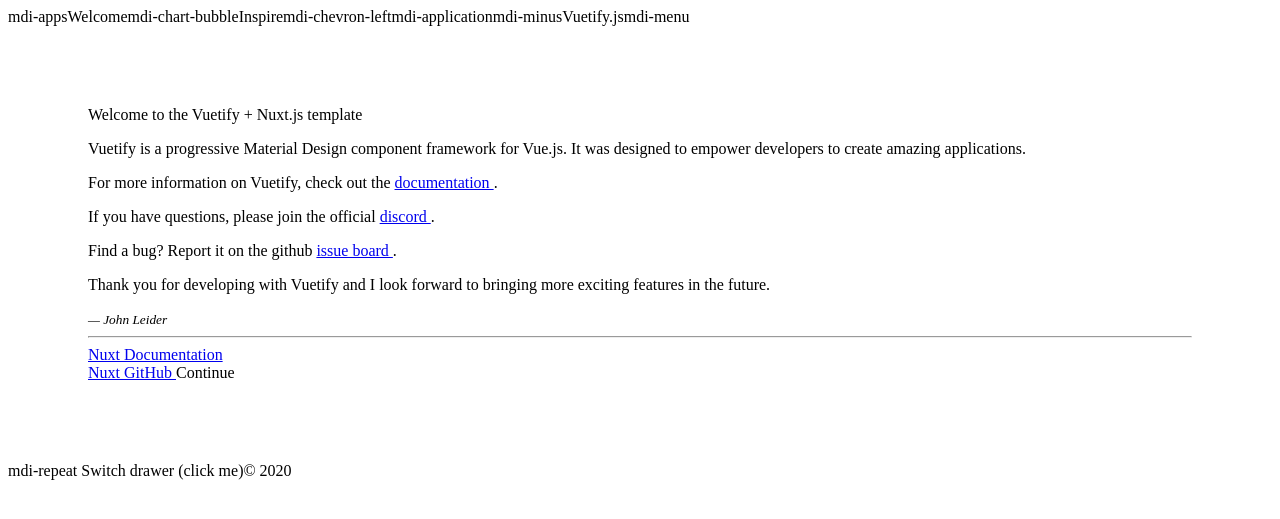
Repository: Natanhel/WhatZapp
Page: /
The author's editor kept a copy of each file at every save. The page is drawn from the files as they stood at one save, then again after the next save.
The browser window is 1280 px wide. The pictures show the whole page.
The project was rebuilt for these pictures with package versions that can differ from the ones it lists, and the page was loaded fresh each time. The framework's server and built-in components were replaced by stand-ins that run in the browser. Also part of the build but not shown: layouts/error.vue.

Above is the page before, as saved 2020-04-01 15:04:03.

### layouts/default.vue
<template>
  <v-app dark>
    <v-navigation-drawer
      v-model="drawer"
      :mini-variant="miniVariant"
      :clipped="clipped"
      fixed
      app
    >
      <v-list>
        <v-list-item
          v-for="(item, i) in items"
          :key="i"
          :to="item.to"
          router
          exact
        >
          <v-list-item-action>
            <v-icon>{{ item.icon }}</v-icon>
          </v-list-item-action>
          <v-list-item-content>
            <v-list-item-title v-text="item.title" />
          </v-list-item-content>
        </v-list-item>
      </v-list>
    </v-navigation-drawer>
    <v-app-bar
      :clipped-left="clipped"
      fixed
      app
    >
      <v-app-bar-nav-icon @click.stop="drawer = !drawer" />
      <v-btn
        icon
        @click.stop="miniVariant = !miniVariant"
      >
        <v-icon>mdi-{{ `chevron-${miniVariant ? 'right' : 'left'}` }}</v-icon>
      </v-btn>
      <v-btn
        icon
        @click.stop="clipped = !clipped"
      >
        <v-icon>mdi-application</v-icon>
      </v-btn>
      <v-btn
        icon
        @click.stop="fixed = !fixed"
      >
        <v-icon>mdi-minus</v-icon>
      </v-btn>
      <v-toolbar-title v-text="title" />
      <v-spacer />
      <v-btn
        icon
        @click.stop="rightDrawer = !rightDrawer"
      >
        <v-icon>mdi-menu</v-icon>
      </v-btn>
    </v-app-bar>
    <v-content>
      <v-container>
        <nuxt />
      </v-container>
    </v-content>
    <v-navigation-drawer
      v-model="rightDrawer"
      :right="right"
      temporary
      fixed
    >
      <v-list>
        <v-list-item @click.native="right = !right">
          <v-list-item-action>
            <v-icon light>
              mdi-repeat
            </v-icon>
          </v-list-item-action>
          <v-list-item-title>Switch drawer (click me)</v-list-item-title>
        </v-list-item>
      </v-list>
    </v-navigation-drawer>
    <v-footer
      :fixed="fixed"
      app
    >
      <span>&copy; {{ new Date().getFullYear() }}</span>
    </v-footer>
  </v-app>
</template>

<script>
export default {
  data () {
    return {
      clipped: false,
      drawer: false,
      fixed: false,
      items: [
        {
          icon: 'mdi-apps',
          title: 'Welcome',
          to: '/'
        },
        {
          icon: 'mdi-chart-bubble',
          title: 'Inspire',
          to: '/inspire'
        }
      ],
      miniVariant: false,
      right: true,
      rightDrawer: false,
      title: 'Vuetify.js'
    }
  }
}
</script>

### pages/index.vue
<template>
  <div id="indexMain">
    <v-layout
      column
      justify-center
      align-center
    >
      <v-flex
        xs12
        sm8
        md6
      >
        <v-card>
          <v-card-title class="headline">
            Welcome to the Vuetify + Nuxt.js template
          </v-card-title>
          <v-card-text>
            <p>Vuetify is a progressive Material Design component framework for Vue.js. It was designed to empower developers to create amazing applications.</p>
            <p>
              For more information on Vuetify, check out the <a
                href="https://vuetifyjs.com"
                target="_blank"
              >
                documentation
              </a>.
            </p>
            <p>
              If you have questions, please join the official <a
                href="https://chat.vuetifyjs.com/"
                target="_blank"
                title="chat"
              >
                discord
              </a>.
            </p>
            <p>
              Find a bug? Report it on the github <a
                href="https://github.com/vuetifyjs/vuetify/issues"
                target="_blank"
                title="contribute"
              >
                issue board
              </a>.
            </p>
            <p>Thank you for developing with Vuetify and I look forward to bringing more exciting features in the future.</p>
            <div class="text-xs-right">
              <em><small>&mdash; John Leider</small></em>
            </div>
            <hr class="my-3">
            <a
              href="https://nuxtjs.org/"
              target="_blank"
            >
              Nuxt Documentation
            </a>
            <br>
            <a
              href="https://github.com/nuxt/nuxt.js"
              target="_blank"
            >
              Nuxt GitHub
            </a>
          </v-card-text>
          <v-card-actions>
            <v-spacer />
            <v-btn
              color="primary"
              nuxt
              to="/inspire"
            >
              Continue
            </v-btn>
          </v-card-actions>
        </v-card>
      </v-flex>
    </v-layout>
  </div>
</template>

<script>
export default {
  components: {}
}
</script>

<style scoped>
#indexMain {
  padding: 5em;
}
</style>

Loaded but not shown: store/index.js (no copy from this time; the picture is the same without it)

After the next save:
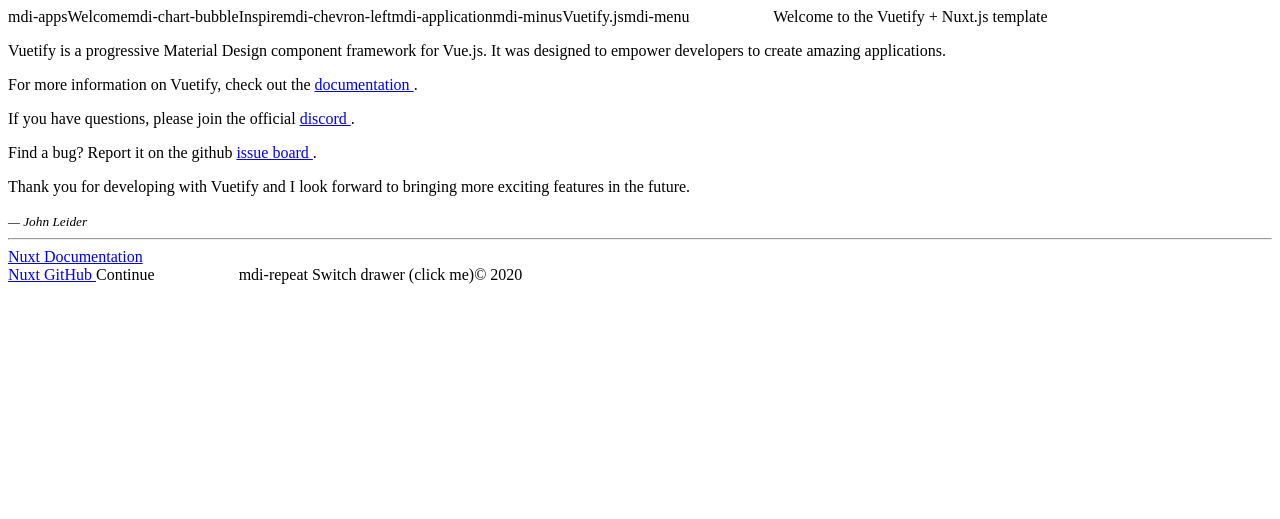
Saved 27 s later.
--- a/pages/index.vue
+++ b/pages/index.vue
@@ -1,80 +1,79 @@
 <template>
-  <div id="indexMain">
-    <v-layout
-      column
-      justify-center
-      align-center
+  <v-layout
+    id="indexMain"
+    column
+    justify-center
+    align-center
+  >
+    <v-flex
+      xs12
+      sm8
+      md6
     >
-      <v-flex
-        xs12
-        sm8
-        md6
-      >
-        <v-card>
-          <v-card-title class="headline">
-            Welcome to the Vuetify + Nuxt.js template
-          </v-card-title>
-          <v-card-text>
-            <p>Vuetify is a progressive Material Design component framework for Vue.js. It was designed to empower developers to create amazing applications.</p>
-            <p>
-              For more information on Vuetify, check out the <a
-                href="https://vuetifyjs.com"
-                target="_blank"
-              >
-                documentation
-              </a>.
-            </p>
-            <p>
-              If you have questions, please join the official <a
-                href="https://chat.vuetifyjs.com/"
-                target="_blank"
-                title="chat"
-              >
-                discord
-              </a>.
-            </p>
-            <p>
-              Find a bug? Report it on the github <a
-                href="https://github.com/vuetifyjs/vuetify/issues"
-                target="_blank"
-                title="contribute"
-              >
-                issue board
-              </a>.
-            </p>
-            <p>Thank you for developing with Vuetify and I look forward to bringing more exciting features in the future.</p>
-            <div class="text-xs-right">
-              <em><small>&mdash; John Leider</small></em>
-            </div>
-            <hr class="my-3">
-            <a
-              href="https://nuxtjs.org/"
+      <v-card>
+        <v-card-title class="headline">
+          Welcome to the Vuetify + Nuxt.js template
+        </v-card-title>
+        <v-card-text>
+          <p>Vuetify is a progressive Material Design component framework for Vue.js. It was designed to empower developers to create amazing applications.</p>
+          <p>
+            For more information on Vuetify, check out the <a
+              href="https://vuetifyjs.com"
               target="_blank"
             >
-              Nuxt Documentation
-            </a>
-            <br>
-            <a
-              href="https://github.com/nuxt/nuxt.js"
+              documentation
+            </a>.
+          </p>
+          <p>
+            If you have questions, please join the official <a
+              href="https://chat.vuetifyjs.com/"
               target="_blank"
+              title="chat"
             >
-              Nuxt GitHub
-            </a>
-          </v-card-text>
-          <v-card-actions>
-            <v-spacer />
-            <v-btn
-              color="primary"
-              nuxt
-              to="/inspire"
+              discord
+            </a>.
+          </p>
+          <p>
+            Find a bug? Report it on the github <a
+              href="https://github.com/vuetifyjs/vuetify/issues"
+              target="_blank"
+              title="contribute"
             >
-              Continue
-            </v-btn>
-          </v-card-actions>
-        </v-card>
-      </v-flex>
-    </v-layout>
-  </div>
+              issue board
+            </a>.
+          </p>
+          <p>Thank you for developing with Vuetify and I look forward to bringing more exciting features in the future.</p>
+          <div class="text-xs-right">
+            <em><small>&mdash; John Leider</small></em>
+          </div>
+          <hr class="my-3">
+          <a
+            href="https://nuxtjs.org/"
+            target="_blank"
+          >
+            Nuxt Documentation
+          </a>
+          <br>
+          <a
+            href="https://github.com/nuxt/nuxt.js"
+            target="_blank"
+          >
+            Nuxt GitHub
+          </a>
+        </v-card-text>
+        <v-card-actions>
+          <v-spacer />
+          <v-btn
+            color="primary"
+            nuxt
+            to="/inspire"
+          >
+            Continue
+          </v-btn>
+        </v-card-actions>
+      </v-card>
+    </v-flex>
+  </v-layout>
 </template>
 
 <script>
